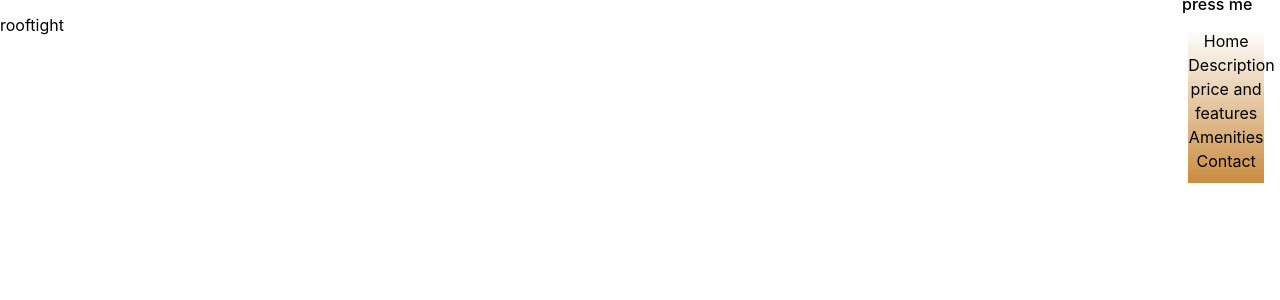
Repository: TMuse333/real-estate-landingpage
Page: /
The author's editor kept a copy of each file at every save. The page is drawn from the files as they stood at one save, then again after the next save.
The browser window is 1280 px wide. The pictures show the whole page.
The project was rebuilt for these pictures with package versions that can differ from the ones it lists, and the page was loaded fresh each time. Also part of the build but not shown: vite.config.js.

Above is the page before, as saved 2023-09-19 16:04:31.

### src/App.jsx
import { useState } from 'react'

import './App.css'

import Navbar from './components/navbar'

function App() {


  return (
    <>
    <Navbar/>
    </>
  )
}

export default App

### src/App.css
.header-container{
  display: flex;
  justify-content: space-between;
  align-items: center;
  width: 100vw;
  position: fixed;
  top: 0px;
  background: linear-gradient(to right, #ffffff, #ffffff);
  height: 50px;
  z-index: 10000;
  color:black;

 }

 .nav-list{

  list-style: none;
padding: 0;
  padding-bottom: 10px; /* Remove any default padding */
  margin: 0;
  transform: translate(15px,60px);
  width: 55%;
  background: linear-gradient( #ffffff, #ca8c3f);
}

.list-container {
  position: relative;
  display: flex;
  flex-direction: column;
  align-items: center; /* Vertically center-align the items */
  text-align: center;
  color: black; /* Horizontally center-align the text within li elements */
}

.nav-button{
  margin-right: 20px;
  transform: translate(1rem,3.5rem);
  background-color: transparent;
  color: black;
}

### src/components/navbar.jsx
import React, { useState,useEffect } from 'react';




const Navbar = () => {
  const [subMenuVisible, setSubMenuVisible] = useState(false);

  const toggleSubMenu = () => {
    setSubMenuVisible(!subMenuVisible);
  };

  const scrollToSection = (sectionId) => {

    const element = document.getElementById(sectionId);
    if (element) {

      element.scrollIntoView({
        behavior: 'smooth', // Smooth scrolling
        block: 'start',    // Scroll to the top of the element
      });
    }
  }

  useEffect(() => {
    // Function to update sub-menu visibility when the screen width changes
    const handleResize = () => {
      const screenWidth = window.innerWidth;
      setSubMenuVisible(screenWidth >= 415); // Set subMenuVisible to true if screen width is at least 415 pixels
    };

    // Add a resize event listener to update the sub-menu visibility
    window.addEventListener('resize', handleResize);

    // Initial call to set sub-menu visibility based on current screen width
    handleResize();

    // Clean up the event listener when the component unmounts
    return () => {
      window.removeEventListener('resize', handleResize);
    };
  }, []);

  const style = {

    opacity: subMenuVisible ? 1 : 0
    ,

  };

  return (
    <div className='header-container'>
      <div className='logo'>rooftight</div>
      <div className='list-container'>
        <button onClick={toggleSubMenu} className='nav-button'>
          press me
        </button>
        <ul style={style} className='nav-list'>

          <li onClick={()=>scrollToSection('about')}>Home</li>

          <li onClick={()=>scrollToSection('description')}>Description</li>

          <li onClick={()=>scrollToSection('price')}>price and features</li>


          <li onClick={()=>scrollToSection('skills')}>Amenities</li>



          <li onClick={()=>scrollToSection('contact')}> Contact</li>

        </ul>
      </div>
    </div>
  );
};

export default Navbar;

Loaded but not shown: index.html (common file); src/main.jsx (common file); src/index.css (common file)

After the next save:
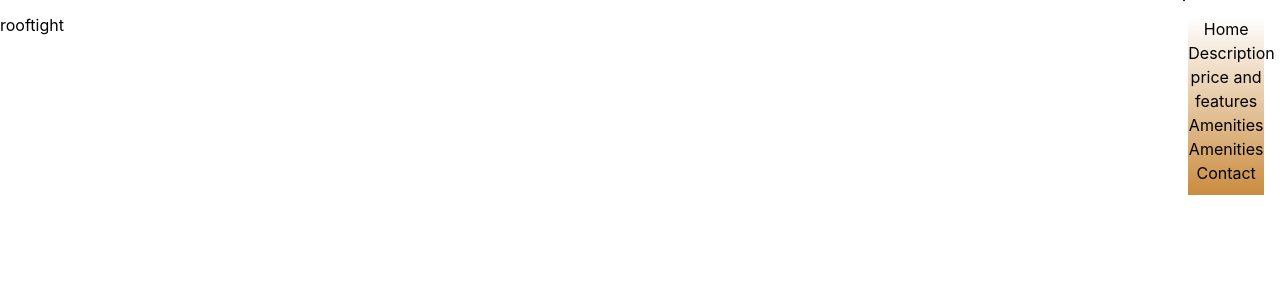
Saved 6 s later.
--- a/src/components/navbar.jsx
+++ b/src/components/navbar.jsx
@@ -66,6 +66,8 @@ const Navbar = () => {
 
           <li onClick={()=>scrollToSection('skills')}>Amenities</li>
 
+          <li onClick={()=>scrollToSection('skills')}>Amenities</li>
+
 
 
           <li onClick={()=>scrollToSection('contact')}> Contact</li>
